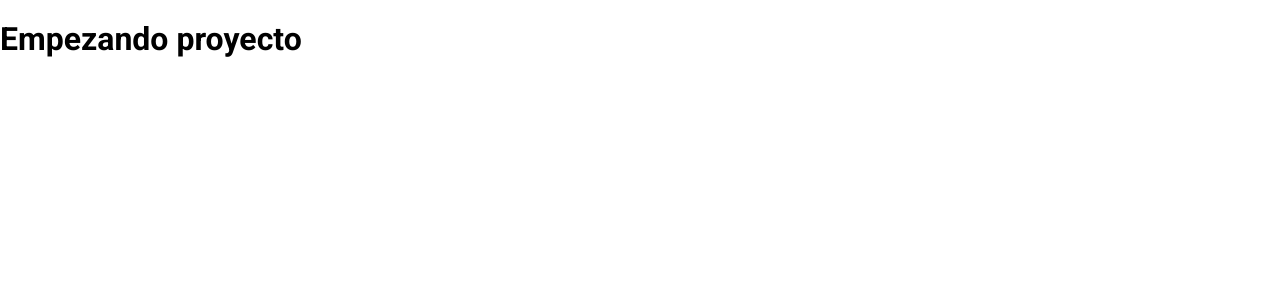
Repository: ElideZavala/Tarjetas-de-Imagenes
Page: index.html
The author's editor kept a copy of each file at every save. The page is drawn from the files as they stood at one save, then again after the next save.
The browser window is 1280 px wide. The pictures show the whole page.

Above is the page before, as saved 2021-05-26 10:22:45.
Not found: script.js

### index.html
<!DOCTYPE html>
<html lang="es">
<head>
	<meta charset="UTF-8">
	<meta http-equiv="X-UA-Compatible" content="IE=edge">
	<meta name="viewport" content="width=device-width, initial-scale=1.0">
	<!-- <link rel="stylesheet" href="https://cdnjs.cloudflare.com/ajax/libs/font-awesome/5.15.3/css/all.min.css" integrity="sha512-iBBXm8fW90+nuLcSKlbmrPcLa0OT92xO1BIsZ+ywDWZCvqsWgccV3gFoRBv0z+8dLJgyAHIhR35VZc2oM/gI1w==" crossorigin="anonymous" referrerpolicy="no-referrer" /> -->
	<title>Mi projecto</title>
	<link rel="stylesheet" href="normalize.css">
	<link rel="stylesheet" href="./style.css">
</head>
<body>
	<h1>Empezando proyecto</h1>

	<script src="script.js"></script>
</body>
</html>

### style.css
@import url('https://fonts.googleapis.com/css2?family=Roboto:wght@400;700&display=swap');

* {
	box-sizing: border-box;
}

body {
	font-family: 'Roboto', sans-serif;
	display: flex;
	margin: 0;
}

Loaded but not shown: normalize.css (library)

After the next save:
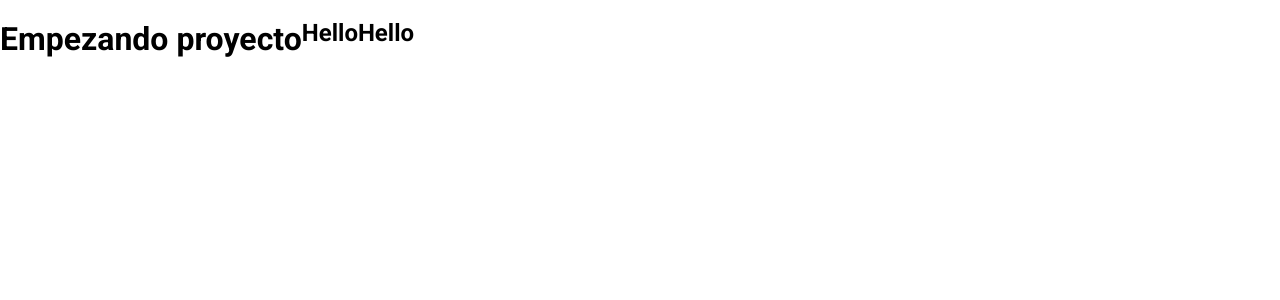
Saved 19 s later.
--- a/index.html
+++ b/index.html
@@ -11,6 +11,8 @@
 </head>
 <body>
 	<h1>Empezando proyecto</h1>
+	<h2>Hello</h2>
+	<h2>Hello</h2>
 
 	<script src="script.js"></script>
 </body>
